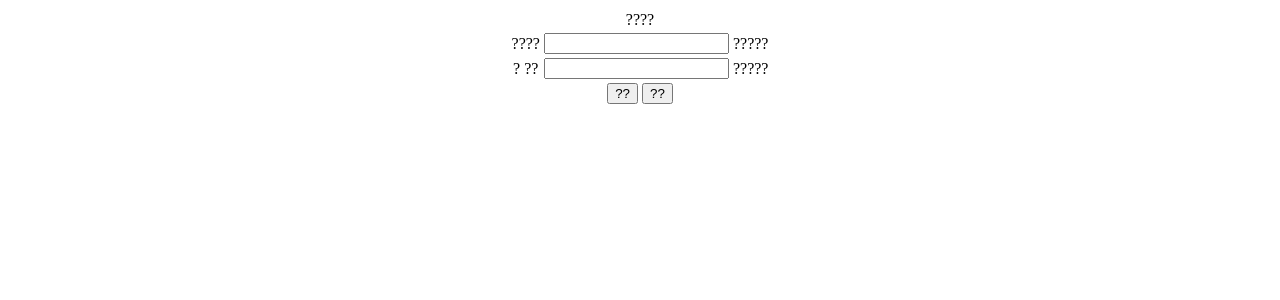
Repository: vap80963/UserManager
Page: http://localhost/WeBoUserManager/register.jsp
The author's editor kept a copy of each file at every save. The page is drawn from the files as they stood at one save, then again after the next save.
The browser window is 1280 px wide. The pictures show the whole page.
The page is served by Tomcat 9. Other server files are loaded and not shown.

Above is the page before, as saved 2017-05-28 01:59:23.

### WeBoUserManager/src/main/webapp/register.jsp
<%@ page language="java" contentType="text/html; charset=ISO-8859-1"
    pageEncoding="utf-8"%>

<%
String path = request.getContextPath();
String basePath = request.getScheme()+"://"+request.getServerName()+":"+request.getServerPort()+path+"/";
%>

<!DOCTYPE html PUBLIC "-//W3C//DTD HTML 4.01 Transitional//EN" "http://www.w3.org/TR/html4/loose.dtd">
<html>
<head>
<title>注册新用户</title>

	<meta http-equiv="pragma" content="no-cache">
	<meta http-equiv="cache-control" content="no-cache">
	<meta http-equiv="expires" content="0">
	<meta http-equiv="keywords" content="keyword1,keyword2,keyword3">
	<meta http-equiv="description" content="This is my page">
	<!--
	<link rel="stylesheet" type="text/css" href="styles.css">
	-->
<script type="text/javascript">
function dosubmit(){

	var th = document.form1;
	if(th.username.value==""){
		alert("用户名不能为空！");
		th.username.focus();
		return;
	}
	if(th.pswd.value==""){
		alert("密码不能为空！");
		th.pswd.focus();
		return;
	}
	th.action="<%=path%>/servlet/RegisterAction";
	th.submit();

}
function back(){
 	alert("退回主页！");
	th = document.form1;
	th.acton="<%=path%>/index.jsp";
	th.submit;
}

</script>
</head>
<body>
  <div style="text-align:center">
   <form action="" name="form1" method="post">
   <table  style="margin:auto">
   <tr>
   		<td colspan="3">
   		用户注册
   		</td>
   	</tr>
   	<tr>
   		<td>用户名：</td>
   		<td><input type="text" name="username"></input></td>
   		<td>必须填写！</td>
   	</tr>
   	<tr>
   		<td>密    码：</td>
   		<td><input type="password" name="pswd"></input></td>
   		<td>必须填写！</td>

   	</tr>
   	<tr>

   		<td colspan="3" align="center">
   		<button type="button" name="" onclick="dosubmit()" >确定</button>
   		<button type="button" name="" value="" onclick="javascript:location.href='index.jsp'" >返回</button>
   		</td>
   	</tr>

   </table>
   </form>

  </div>
</body>
</html>

After the next save:
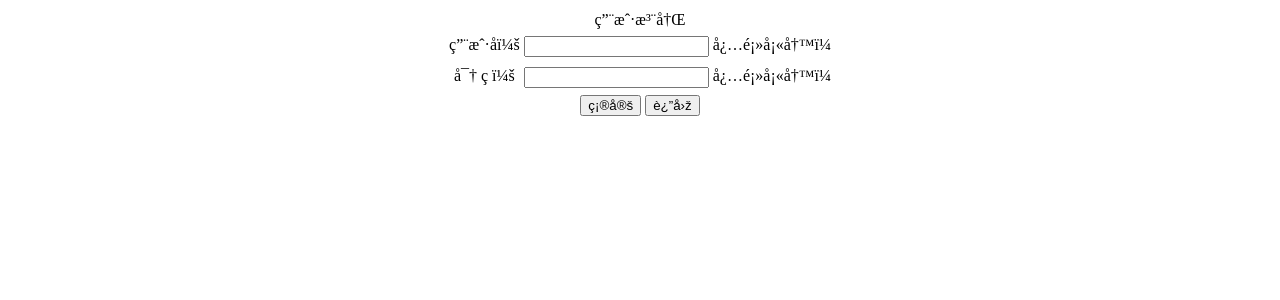
Saved 28 s later.
--- a/WeBoUserManager/src/main/webapp/register.jsp
+++ b/WeBoUserManager/src/main/webapp/register.jsp
@@ -1,5 +1,5 @@
 <%@ page language="java" contentType="text/html; charset=ISO-8859-1"
-    pageEncoding="utf-8"%>
+    pageEncoding="ISO-8859-1"%>
 
 <%
 String path = request.getContextPath();
